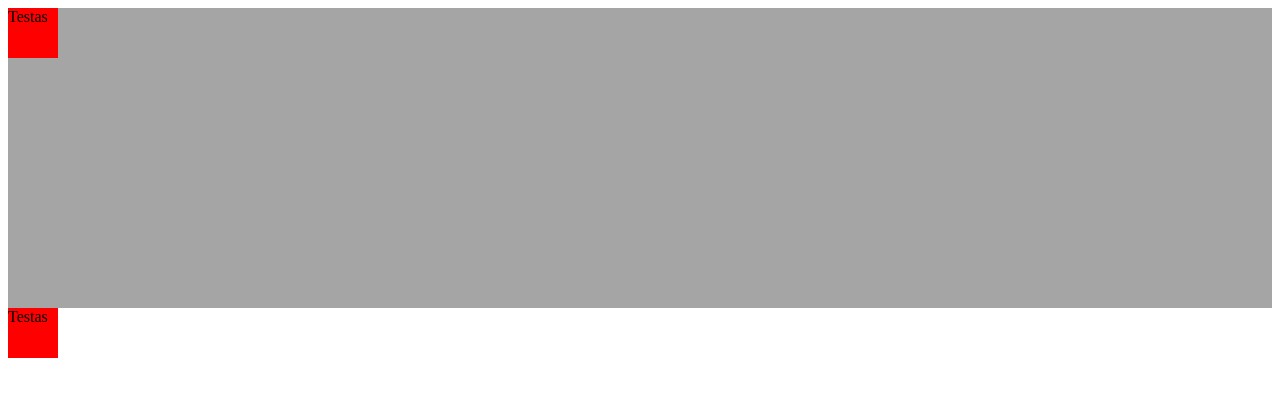
Repository: motiejus1/13-paskaita-05.31
Page: index.html
An editor plug-in stored every save of this project. The page is shown before and after the next save, followed by the edit.
The browser window is 1280 px wide. The pictures show the whole page.

Above is the page before, as saved 2021-06-21 19:37:08.

### index.html
<!DOCTYPE html>
<html lang="en">
<head>
    <meta charset="UTF-8">
    <meta http-equiv="X-UA-Compatible" content="IE=edge">
    <meta name="viewport" content="width=device-width, initial-scale=1.0">
    <title>13 paskaita</title>
    <style>
        .container {
            height: 300px;
            background-color: rgb(165, 165, 165) ;
            /* z-index: 2 ;  */
        }

        .kvadratelis {
            width: 50px;
            height: 50px;
            background-color: red;
            position:absolute;
            /* z-index: 1; */

        }

        .container1 {
            height: 400px;
            background-color: rgb(126, 100, 100) ;
        }
    </style>


</head>

<body>
<!-- position relative ir position absolute -->

<!-- position relative  -->

<div class="container">
    <div class="kvadratelis">
        Testas
    </div>
</div>

<div class="kvadratelis">
    Testas
</div>

</body>
</html>

After the next save:
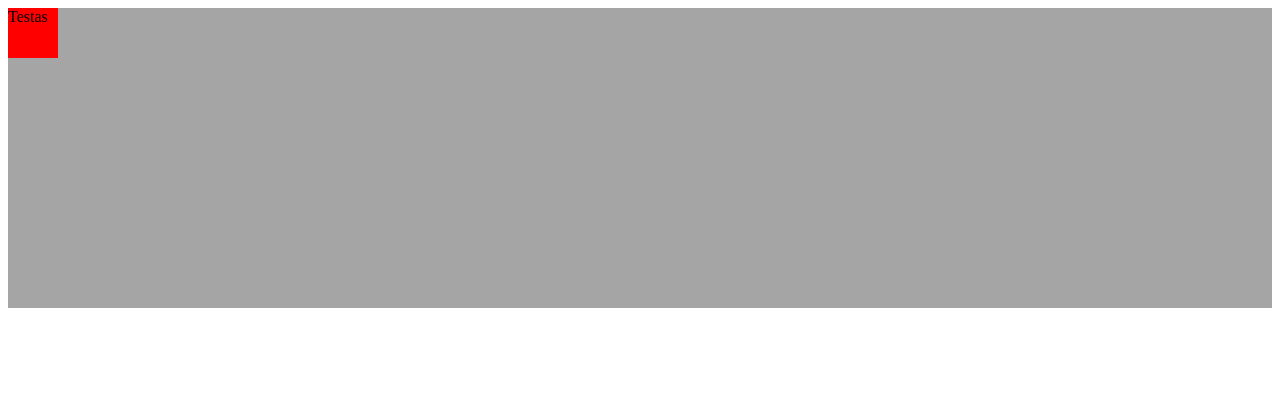
Saved 4 s later.
--- a/index.html
+++ b/index.html
@@ -41,9 +41,7 @@
     </div>
 </div>
 
-<div class="kvadratelis">
-    Testas
-</div>
+
 
 </body>
 </html>
